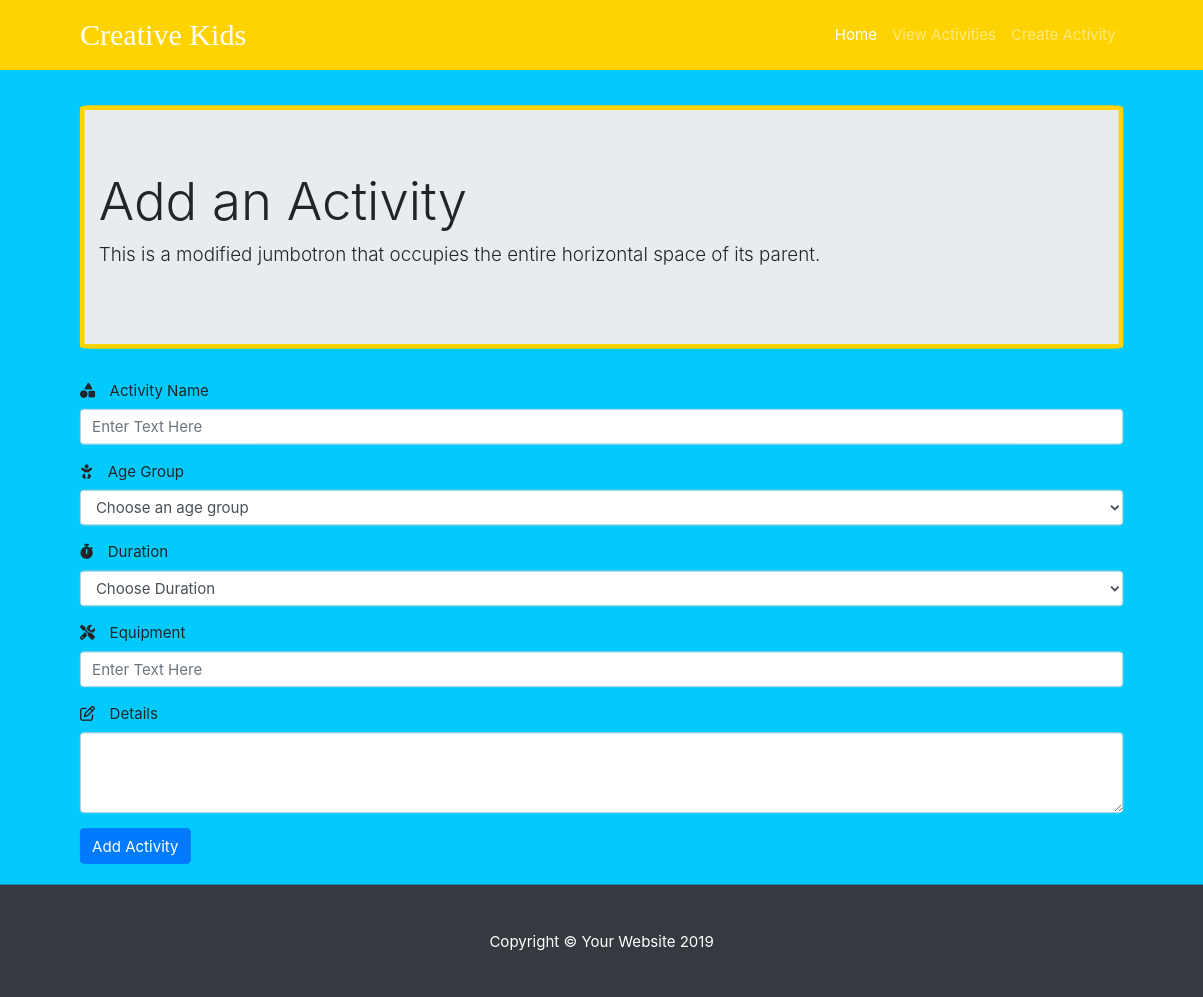
Repository: Neilfoster/milestone_project_3
Page: http://localhost/add_activity
The author's editor kept a record of every edit. The page is drawn from the files as they stood at one moment, then again after the next edit.
The browser window is 1280 px wide. The pictures show the whole page, at 94% of full size.
Some web fonts or font styles are not loaded; a fallback is used. Some web libraries are served in a nearby version. The page is served by the project's application, run on Flask 3 (app.py). Queries for data that is not in the repository find no rows.

Above is the page before.

After the next edit:
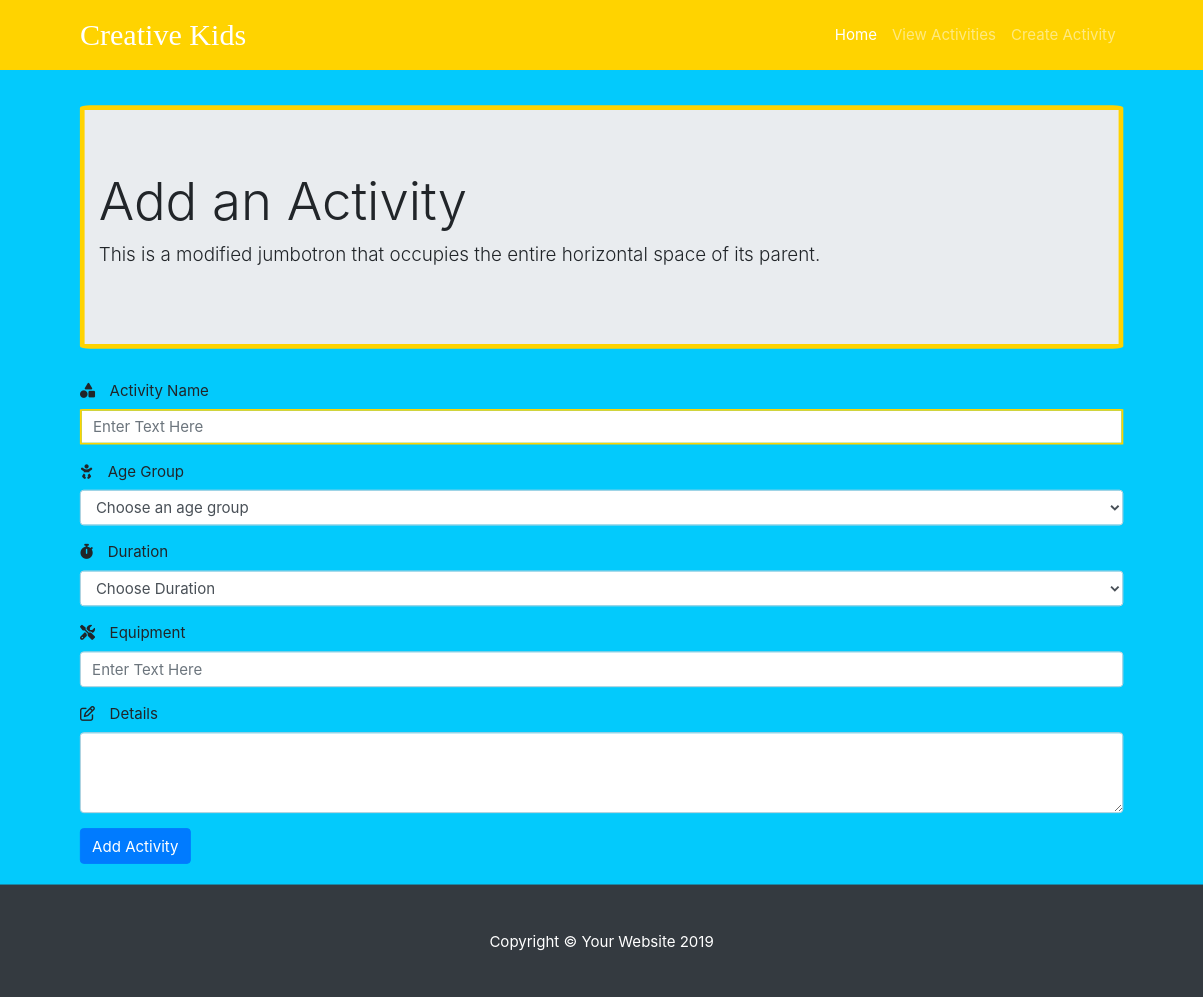
The edit:
--- a/templates/add_activity.html
+++ b/templates/add_activity.html
@@ -13,7 +13,7 @@
         <div class="form-group">
             <i class="fas fa-shapes fa-1x "></i>
             <label class="forum_text" for="activity_name">Activity Name</label>
-            <input type="text" class="form-control" id="activity_name" name="activity_name" placeholder="Enter Text Here" required>
+            <input type="text" class="form-control add_forum" id="activity_name" name="activity_name" placeholder="Enter Text Here" required>
         </div>
         <div class="form-group">
             <i class="fas fa-baby "></i>
